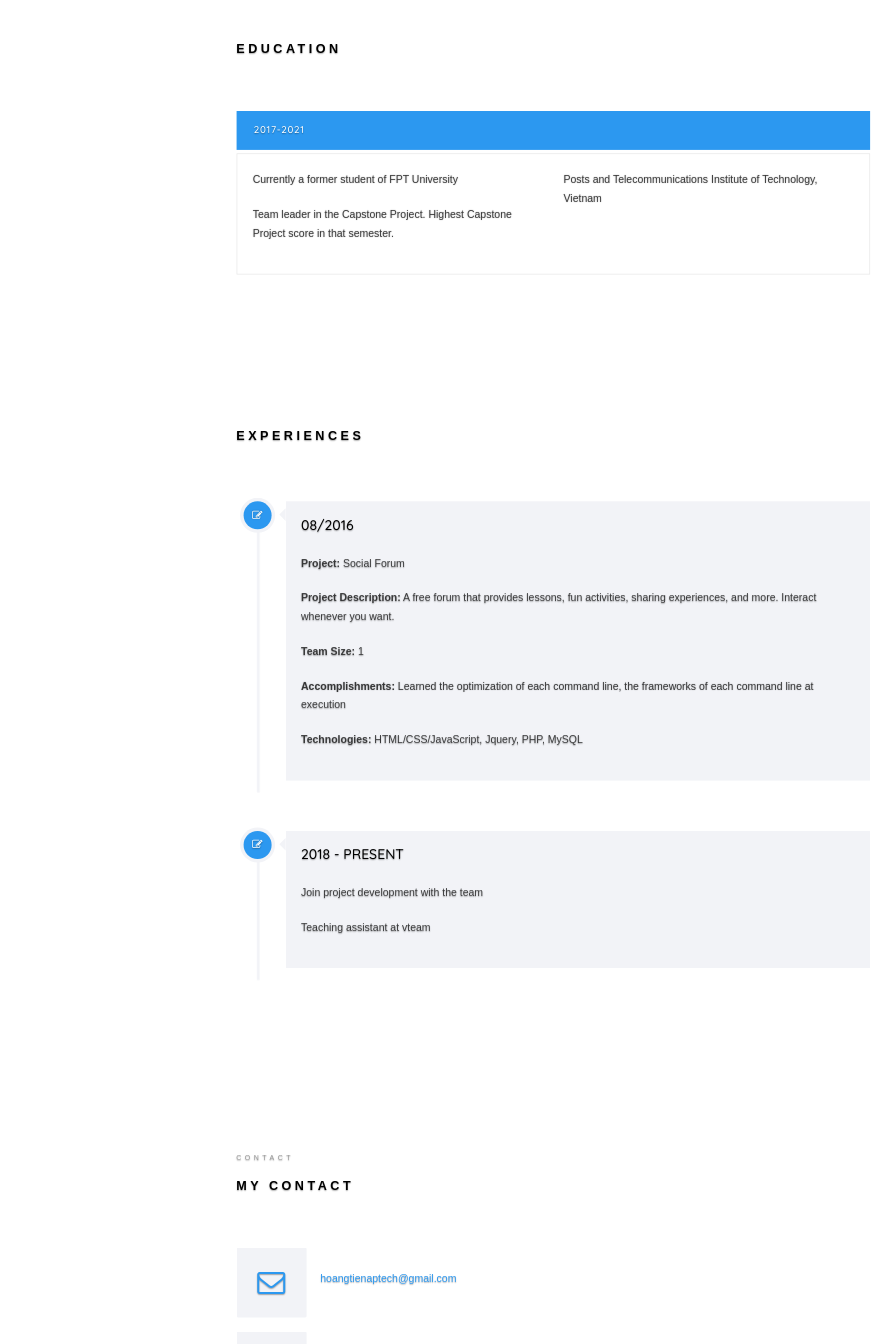
Repository: thinhnpptit/my-cv
Page: index.html
An editor plug-in stored every save of this project. The page is shown before and after the next save, followed by the edit.
The browser window is 1280 px wide. The pictures show the part of the page from y = 1773 to 3693 px (the page is 4049 px tall before and 4071 px after), at 70% of full size.
Some web fonts or font styles are not loaded; a fallback is used.

Above is the page before, as saved 2021-06-22 22:21:12.
Console error: TypeError: $(...).stick_in_parent is not a function

After the next save:
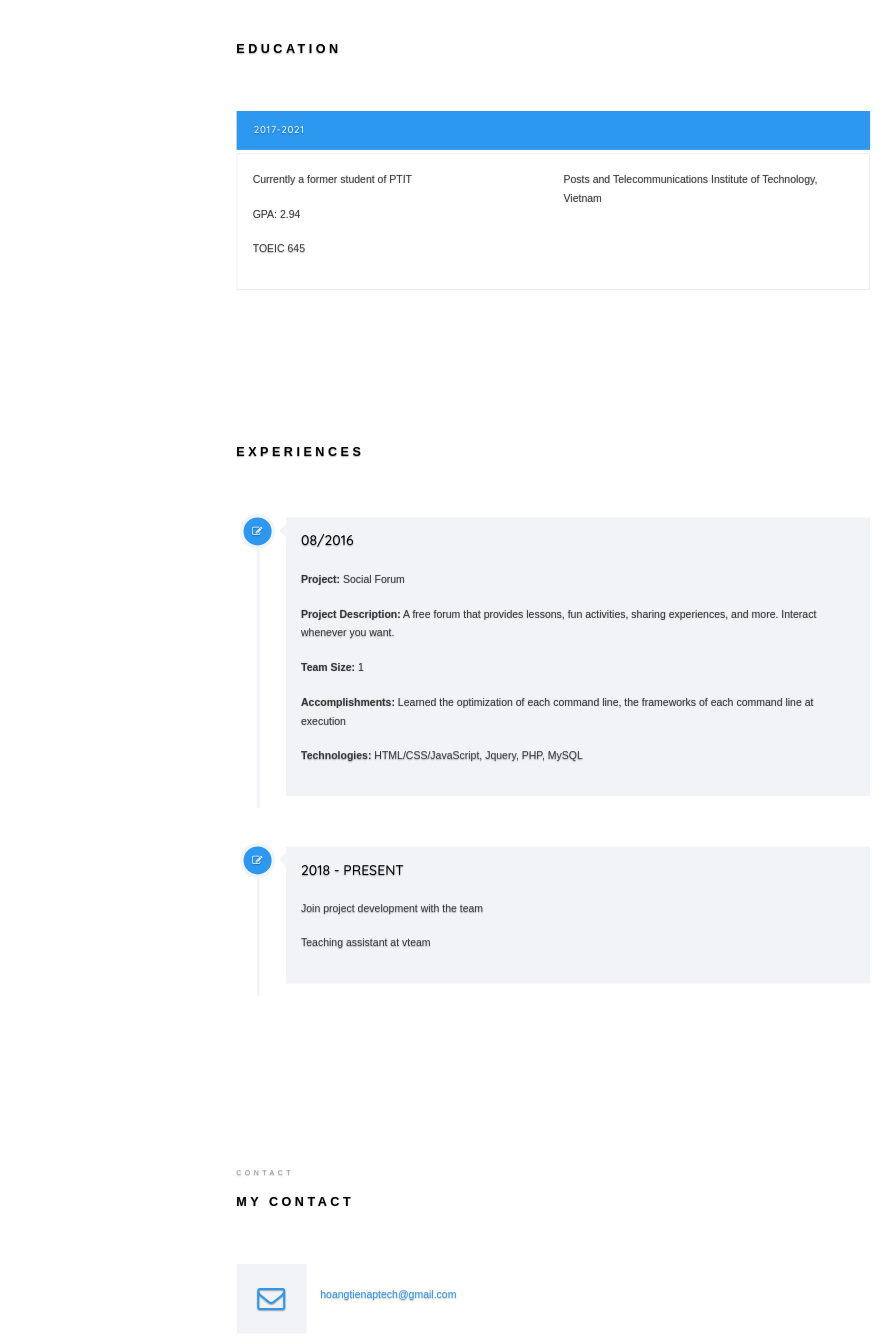
Saved 54 s later.
--- a/index.html
+++ b/index.html
@@ -244,8 +244,9 @@
 									         <div class="panel-body">
 									            <div class="row">
 										      		<div class="col-md-6">
-														  <p>Currently a former student of FPT University</p>
-														  <p>Team leader in the Capstone Project. Highest Capstone Project score in that semester.</p>
+														  <p>Currently a former student of PTIT</p>
+														  <p>GPA: 2.94</p>
+															<p>TOEIC 645</p>
 										      		</div>
 										      		<div class="col-md-6">
 										      			<p>Posts and Telecommunications Institute of Technology, Vietnam</p>
